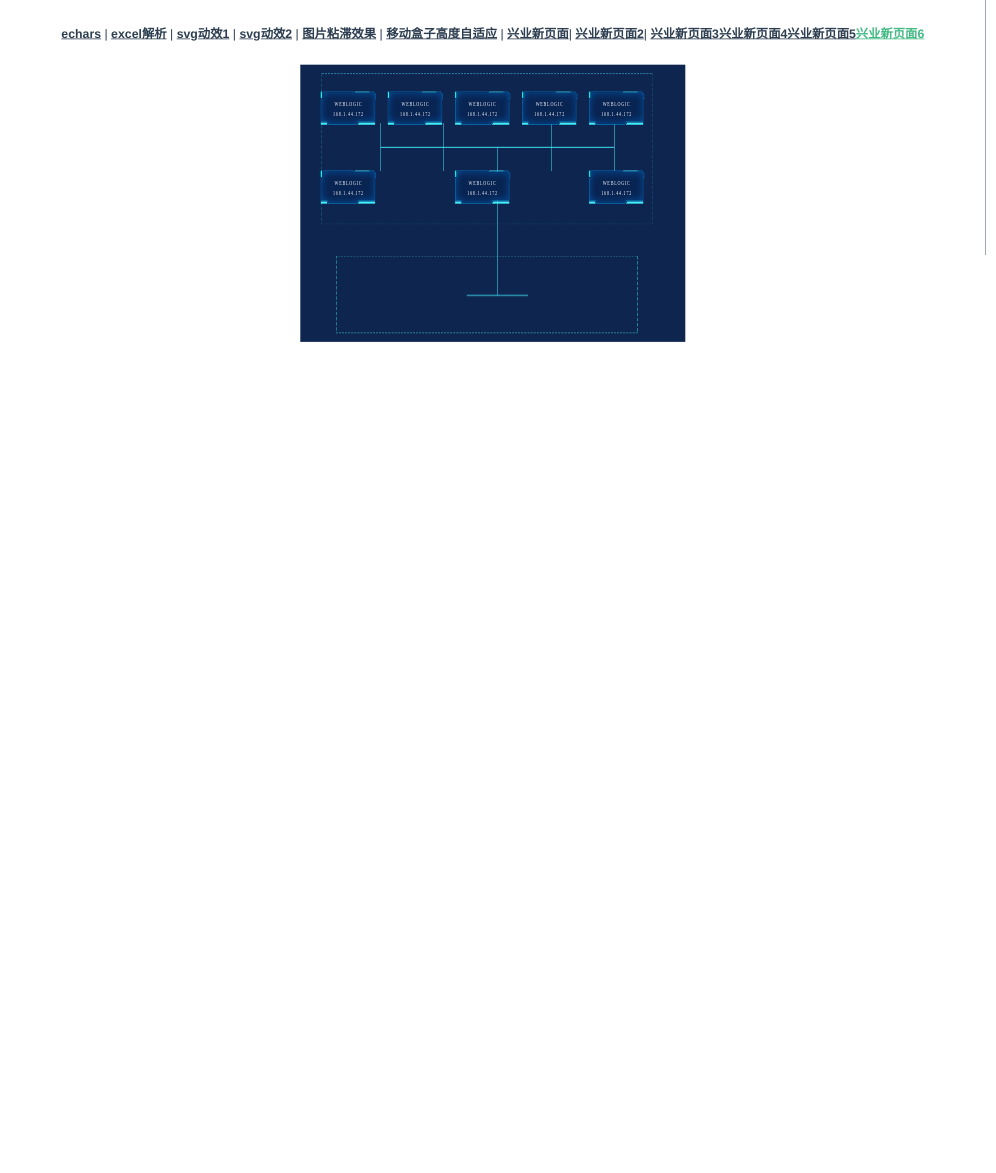
Repository: dmj199811/animation-dmj
Page: /#/work-page8
The author's editor kept a copy of each file at every save. The page is drawn from the files as they stood at one save, then again after the next save.
The browser window is 1280 px wide. The page is 1280 px wide, then 1293 px, so the pictures cover 1293 px, including what lies to the right of the window. The pictures show the whole page, at 77% of full size.
The project was rebuilt for these pictures with package versions that can differ from the ones it lists, and the page was loaded fresh each time.

Above is the page before, as saved 2020-07-03 18:01:51.

After the next save:
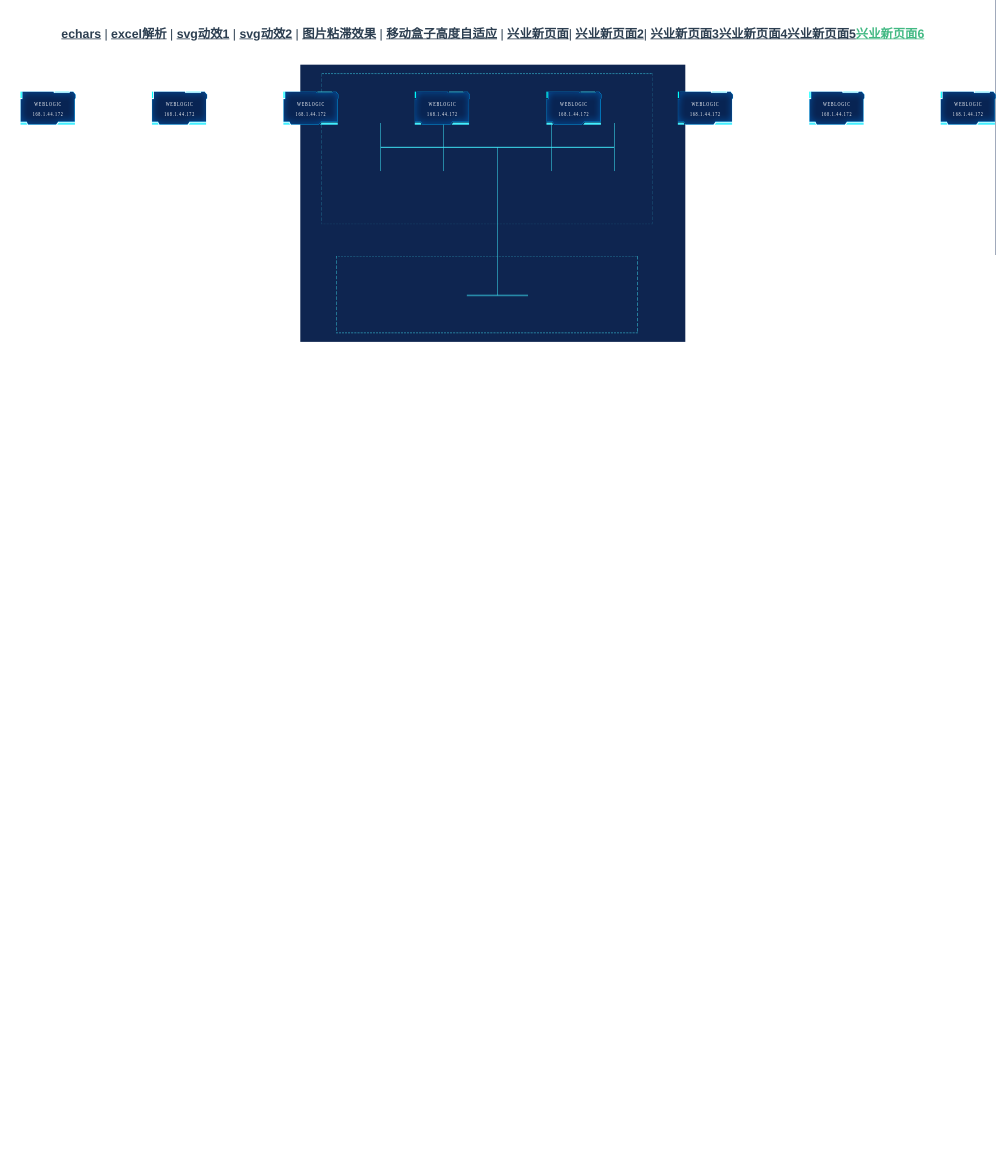
Saved 52 s later.
--- a/src/views/newPage6/index.vue
+++ b/src/views/newPage6/index.vue
@@ -114,7 +114,6 @@ export default {
   // background-color: #eee;
   width: 1300px;
   height: 410px;
-  position: relative;
 
 }
 
